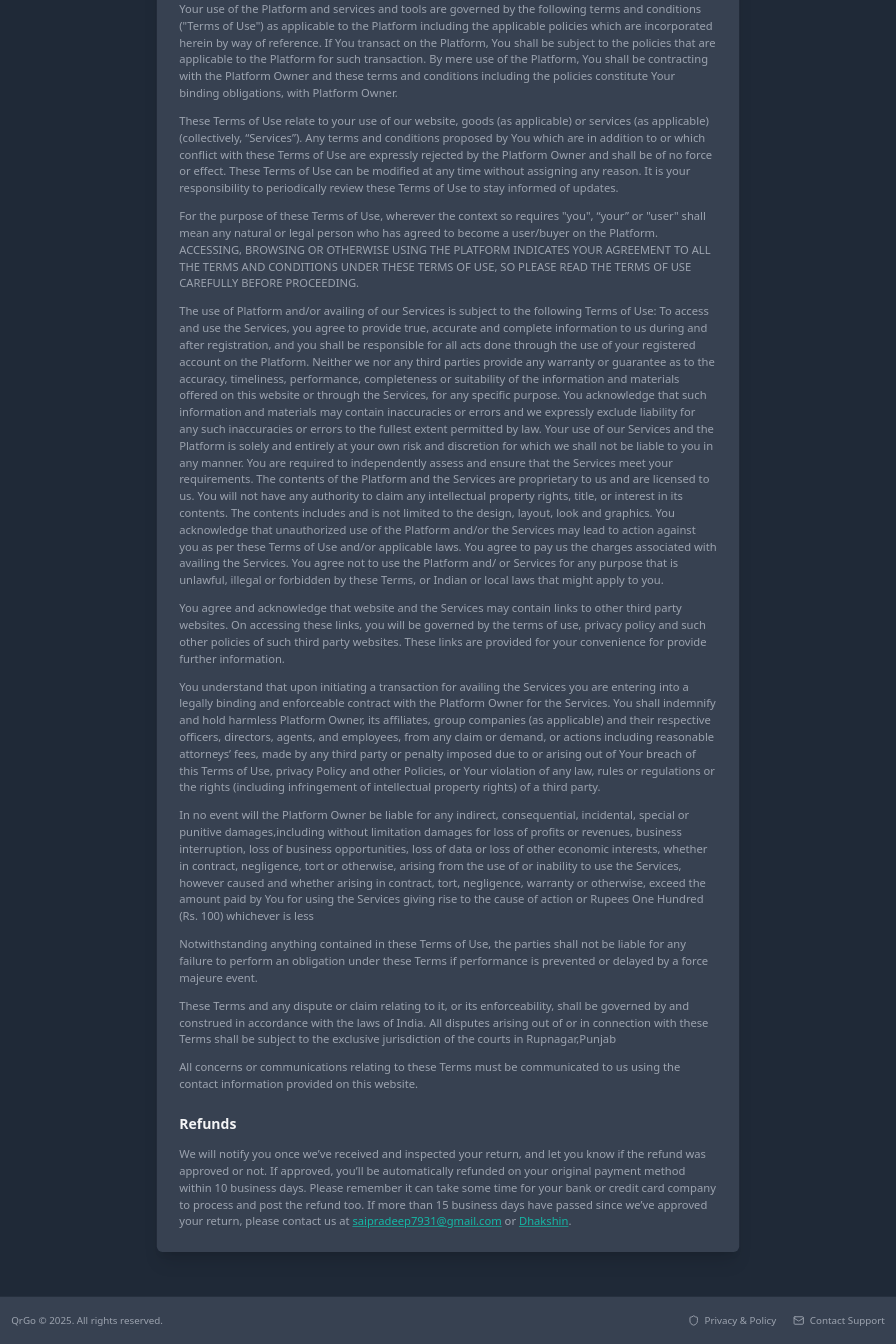
Repository: Dhakshin2007/QrGo
Page: /#/privacy-policy
An editor plug-in stored every save of this project. The page is shown before and after the next save, followed by the edit.
The browser window is 1280 px wide. The pictures show the part of the page from y = 3489 to 5409 px (the page is 5409 px tall), at 70% of full size.
Some web libraries are served in a nearby version. The project was rebuilt for these pictures with package versions that can differ from the ones it lists, and the page was loaded fresh each time. Also part of the build but not shown: vite.config.ts, components/EventCard.tsx, pages/HomePage.tsx, pages/BookingPage.tsx, components/TicketCard.tsx, pages/MyTicketsPage.tsx, services/aiService.ts, pages/AdminPage.tsx.

Above is the page before, as saved 2025-08-10 20:26:48.

### index.html
<!DOCTYPE html>
<html lang="en">
  <head>
    <meta name="description" content="Website Used to Host Events and Book Tickets and Inbuild scanning. If You want to Host an Event, Contact Us." />
<meta name="keywords" content="QrGo , QrGo Startup , Events IIT Ropar,Tickets , District , Paytm , Zomato , Ticket Booking , Event Hosting ,  Telugu Students IIT, IIT Ropar culture, IIT Ropar">
<meta name="author" content="Kotha Dhakshin">
<meta property="og:title" content="QrGo - Event Ticket Hosting Platform" />
<meta property="og:description" content="Official site for QrGo. Events, Bookings, and student details." />
<meta property="og:url" content="https://qrgo-weld.vercel.app/" />
<meta property="og:type" content="website" />
<meta property="og:image" content="#" />

  <meta charset="UTF-8" />
    <link rel="icon" type="image/png" href = "https://i.postimg.cc/qqd3M6cN/Google-AI-Studio-2025-08-09-T14-17-15-618-Z.png" />
    <meta name="viewport" content="width=device-width, initial-scale=1.0" />
    <title>QrGo</title>
    <script src="https://cdn.tailwindcss.com"></script>
    <script>
      tailwind.config = {
        theme: {
          extend: {
            colors: {
              'primary': '#14b8a6', // teal-500
              'primary-focus': '#0d9488', // teal-600
              'background': '#1f2937', // gray-800
              'surface': '#374151', // gray-700
              'on-surface': '#f3f4f6', // gray-200
              'on-surface-secondary': '#9ca3af', // gray-400
              'accent': '#6366f1', // indigo-500
            }
          }
        }
      }
    </script>
    <!-- html5-qrcode library -->
    <script src="https://unpkg.com/html5-qrcode" type="text/javascript"></script>
  <script type="importmap">
{
  "imports": {
    "react-router-dom": "https://esm.sh/react-router-dom@^7.8.0",
    "react-dom/": "https://esm.sh/react-dom@^19.1.1/",
    "react/": "https://esm.sh/react@^19.1.1/",
    "react": "https://esm.sh/react@^19.1.1",
    "lucide-react": "https://esm.sh/lucide-react@^0.539.0",
    "html5-qrcode": "https://esm.sh/html5-qrcode@^2.3.8",
    "qrcode": "https://esm.sh/qrcode@^1.5.4",
    "@supabase/supabase-js": "https://esm.sh/@supabase/supabase-js@2",
    "@google/genai": "https://esm.sh/@google/genai@^1.13.0"
  }
}
</script>
</head>
  <body class="bg-background text-on-surface">
    <div id="root"></div>
    <script type="module" src="/index.tsx"></script>
  </body>
</html>

### pages/PrivacyPolicyPage.tsx


import React from 'react';
import * as ReactRouterDOM from 'react-router-dom';
import { ArrowLeft } from 'lucide-react';

// Reusable component for the branded link to keep the JSX clean.
const QrGoLink = () => (
    <a href="https://qrgo-weld.vercel.app/" target="_blank" rel="noopener noreferrer" className="font-bold text-primary hover:underline">QrGo</a>
);

const PrivacyPolicyPage: React.FC = () => {
  return (
    <div className="max-w-4xl mx-auto animate-fade-in p-4 sm:p-6 lg:p-8">
      <ReactRouterDOM.Link to="/" className="flex items-center gap-2 mb-6 text-primary hover:underline">
          <ArrowLeft size={16} /> Back to Events
       </ReactRouterDOM.Link>
      <div className="bg-surface rounded-lg shadow-xl p-8">
        <h1 className="text-3xl font-bold mb-6 border-b border-background pb-4 text-on-surface">Privacy Policy &amp; Terms</h1>

        <div className="space-y-8 text-on-surface-secondary">

            <section className="space-y-4">
                <h2 className="text-2xl font-bold text-on-surface">Privacy Policy</h2>
                <p>WE DO NOT OFFER ANY CANCELLATION OR REFUND. THIS WEBSITE IS OPERATED BY <b>Dhakshin Kotha & Pathuri Sai Pradeep Chand </b></p>

                <h3 className="text-xl font-semibold text-on-surface">Introduction</h3>
                <p>This Privacy Policy describes how and its affiliates (collectively "<QrGoLink />, we, our, us") collect, use, share, protect or otherwise process your information/ personal data through our website <QrGoLink />(hereinafter referred to as Platform). Please note that you may be able to browse certain sections of the Platform without registering with us.We do not offer any product/service under this Platform outside India and your personal data will primarily be stored and processed in India. By visiting this Platform, providing your information or availing any product/service offered on the Platform, you expressly agree to be bound by the terms and conditions of this Privacy Policy, the Terms of Use and the applicable service/product terms and conditions, and agree to be governed by the laws of India including but not limited to the laws applicable to data protection and privacy. If you do not agree please do not use or access our Platform.</p>

                <h3 className="text-xl font-semibold text-on-surface">Collection</h3>
                <p>We collect your personal data when you use our Platform, services or otherwise interact with us during the course of our relationship.and related information provided from time to time. Some of the information that we may collect includes but is not limited to personal data / information provided to us during sign up/registering or using our Platform such as name, date of birth, address, telephone/mobile number, email IDand/or any such information shared as proof of identity or address. Some of the sensitive personal data may be collected with your consent, such as your bank account or credit or debit card or other payment instrument information or biometric information such as your facial features or physiological information (in order to enable use of certain features when opted for, available on the Platform) etc all of the above being in accordance with applicable law(s) You always have the option to not provide information, by choosing not to use a particular service or feature on the Platform. We may track your behaviour, preferences, and other information that you choose to provide on our Platform. This information is compiled and analysed on an aggregated basis. We will also collect your information related to your transactions on Platform and such third-party business partner platforms. When such a third-party business partner collects your personal data directly from you, you will be governed by their privacy policies. We shall not be responsible for the thirdparty business partner’s privacy practices or the content of their privacy policies, and we request you to read their privacy policies prior to disclosing any information. If you receive an email, a call from a person/association claiming to be seeking any personal data like debit/credit card PIN, net-banking or mobile banking password, we request you to never provide such information. If you have already revealed such information, report it immediately to an appropriate law enforcement agency.</p>

                <h3 className="text-xl font-semibold text-on-surface">Usage</h3>
                <p>We use personal data to provide the services you request. To the extent we use your personal data to market to you, we will provide you the ability to opt-out of such uses. We use your personal data to assist sellers and business partners in handling and fulfilling orders; enhancing customer experience; to resolve disputes; troubleshoot problems; inform you about online and offline offers, products, services, and updates; customise your experience; detect and protect us against error, fraud and other criminal activity; enforce our terms and conditions; conduct marketing research, analysis and surveys; and as otherwise described to you at the time of collection of information. You understand that your access to these products/services may be affected in the event permission is not provided to us.</p>

                <h3 className="text-xl font-semibold text-on-surface">Sharing</h3>
                <p>We may share your personal data internally within our group entities, our other corporate entities, and affiliates to provide you access to the services and products offered by them. These entities and affiliates may market to you as a result of such sharing unless you explicitly opt-out. We may disclose personal data to third parties such as sellers, business partners, third party service providers including logistics partners, prepaid payment instrument issuers, third-party reward programs and other payment opted by you. These disclosure may be required for us to provide you access to our services and products offered to you, to comply with our legal obligations, to enforce our user agreement, to facilitate our marketing and advertising activities, to prevent, detect, mitigate, and investigate fraudulent or illegal activities related to our services. We may disclose personal and sensitive personal data to government agencies or other authorised law enforcement agencies if required to do so by law or in the good faith belief that such disclosure is reasonably necessary to respond to subpoenas, court orders, or other legal process. We may disclose personal data to law enforcement offices, third party rights owners, or others in the good faith belief that such disclosure is reasonably necessary to: enforce our Terms of Use or Privacy Policy; respond to claims that an advertisement, posting or other content violates the rights of a third party; or protect the rights, property or personal safety of our users or the general public.</p>

                <h3 className="text-xl font-semibold text-on-surface">Security Precautions</h3>
                <p>To protect your personal data from unauthorised access or disclosure, loss or misuse we adopt reasonable security practices and procedures. Once your information is in our possession or whenever you access your account information, we adhere to our security guidelines to protect it against unauthorised access and offer the use of a secure server. However, the transmission of information is not completely secure for reasons beyond our control. By using the Platform, the users accept the security implications of data transmission over the internet and the World Wide Web which cannot always be guaranteed as completely secure, and therefore, there would always remain certain inherent risks regarding use of the Platform. Users are responsible for ensuring the protection of login and password records for their account.</p>

                <h3 className="text-xl font-semibold text-on-surface">Data Deletion and Retention</h3>
                <p>You have an option to delete your account by visiting your profile and settings on our Platform , this action would result in you losing all information related to your account. You may also write to us at the contact information provided below to assist you with these requests. We may in event of any pending grievance, claims, pending shipments or any other services we may refuse or delay deletion of the account. Once the account is deleted, you will lose access to the account. We retain your personal data information for a period no longer than is required for the purpose for which it was collected or as required under any applicable law. However, we may retain data related to you if we believe it may be necessary to prevent fraud or future abuse or for other legitimate purposes. We may continue to retain your data in anonymised form for analytical and research purposes.</p>

                <h3 className="text-xl font-semibold text-on-surface">Your Rights</h3>
                <p>You may access, rectify, and update your personal data directly through the functionalities provided on the Platform.</p>

                <h3 className="text-xl font-semibold text-on-surface">Consent</h3>
                <p>By visiting our Platform or by providing your information, you consent to the collection, use, storage, disclosure and otherwise processing of your information on the Platform in accordance with this Privacy Policy. If you disclose to us any personal data relating to other people, you represent that you have the authority to do so and permit us to use the information in accordance with this Privacy Policy. You, while providing your personal data over the Platform or any partner platforms or establishments, consent to us (including our other corporate entities, affiliates, lending partners, technology partners, marketing channels, business partners and other third parties) to contact you through SMS, instant messaging apps, call and/or e-mail for the purposes specified in this Privacy Policy. You have an option to withdraw your consent that you have already provided by writing to the Grievance Officer at the contact information provided below. Please mention “Withdrawal of consent for processing personal data” in your subject line of your communication. We may verify such requests before acting on our request. However, please note that your withdrawal of consent will not be retrospective and will be in accordance with the Terms of Use, this Privacy Policy, and applicable laws. In the event you withdraw consent given to us under this Privacy Policy, we reserve the right to restrict or deny the provision of our services for which we consider such information to be necessary.</p>

                <h3 className="text-xl font-semibold text-on-surface">Changes to this Privacy Policy</h3>
                <p>Please check our Privacy Policy periodically for changes. We may update this Privacy Policy to reflect changes to our information practices. We may alert / notify you about the significant changes to the Privacy Policy, in the manner as may be required under applicable laws.</p>
            </section>

            <section className="space-y-4">
                <h2 className="text-2xl font-bold text-on-surface">Terms &amp; Conditions</h2>
                <p>This document is an electronic record in terms of Information Technology Act, 2000 and rules there under as applicable and the amended provisions pertaining to electronic records in various statutes as amended by the Information Technology Act, 2000. This electronic record is generated by a computer system and does not require any physical or digital signatures. This document is published in accordance with the provisions of Rule 3 (1) of the Information Technology (Intermediaries guidelines) Rules, 2011 that require publishing the rules and regulations, privacy policy and Terms of Use for access or usage of domain name <QrGoLink />, including the related mobile site and mobile application (hereinafter referred to as “Platform”). The Platform is owned by <QrGoLink />, a company incorporated under the Companies Act, 1956 with its registered office at IIT ROPAR (hereinafter referred to as "Platform Owner", “we”, “us”, “our”).</p>
                <p>Your use of the Platform and services and tools are governed by the following terms and conditions ("Terms of Use") as applicable to the Platform including the applicable policies which are incorporated herein by way of reference. If You transact on the Platform, You shall be subject to the policies that are applicable to the Platform for such transaction. By mere use of the Platform, You shall be contracting with the Platform Owner and these terms and conditions including the policies constitute Your binding obligations, with Platform Owner.</p>
                <p>These Terms of Use relate to your use of our website, goods (as applicable) or services (as applicable) (collectively, “Services”). Any terms and conditions proposed by You which are in addition to or which conflict with these Terms of Use are expressly rejected by the Platform Owner and shall be of no force or effect. These Terms of Use can be modified at any time without assigning any reason. It is your responsibility to periodically review these Terms of Use to stay informed of updates.</p>
                <p>For the purpose of these Terms of Use, wherever the context so requires "you", “your” or "user" shall mean any natural or legal person who has agreed to become a user/buyer on the Platform. ACCESSING, BROWSING OR OTHERWISE USING THE PLATFORM INDICATES YOUR AGREEMENT TO ALL THE TERMS AND CONDITIONS UNDER THESE TERMS OF USE, SO PLEASE READ THE TERMS OF USE CAREFULLY BEFORE PROCEEDING.</p>
                <p>The use of Platform and/or availing of our Services is subject to the following Terms of Use: To access and use the Services, you agree to provide true, accurate and complete information to us during and after registration, and you shall be responsible for all acts done through the use of your registered account on the Platform. Neither we nor any third parties provide any warranty or guarantee as to the accuracy, timeliness, performance, completeness or suitability of the information and materials offered on this website or through the Services, for any specific purpose. You acknowledge that such information and materials may contain inaccuracies or errors and we expressly exclude liability for any such inaccuracies or errors to the fullest extent permitted by law. Your use of our Services and the Platform is solely and entirely at your own risk and discretion for which we shall not be liable to you in any manner. You are required to independently assess and ensure that the Services meet your requirements. The contents of the Platform and the Services are proprietary to us and are licensed to us. You will not have any authority to claim any intellectual property rights, title, or interest in its contents. The contents includes and is not limited to the design, layout, look and graphics. You acknowledge that unauthorized use of the Platform and/or the Services may lead to action against you as per these Terms of Use and/or applicable laws. You agree to pay us the charges associated with availing the Services. You agree not to use the Platform and/ or Services for any purpose that is unlawful, illegal or forbidden by these Terms, or Indian or local laws that might apply to you.</p>
                <p>You agree and acknowledge that website and the Services may contain links to other third party websites. On accessing these links, you will be governed by the terms of use, privacy policy and such other policies of such third party websites. These links are provided for your convenience for provide further information.</p>
                <p>You understand that upon initiating a transaction for availing the Services you are entering into a legally binding and enforceable contract with the Platform Owner for the Services. You shall indemnify and hold harmless Platform Owner, its affiliates, group companies (as applicable) and their respective officers, directors, agents, and employees, from any claim or demand, or actions including reasonable attorneys’ fees, made by any third party or penalty imposed due to or arising out of Your breach of this Terms of Use, privacy Policy and other Policies, or Your violation of any law, rules or regulations or the rights (including infringement of intellectual property rights) of a third party.</p>
                <p>In no event will the Platform Owner be liable for any indirect, consequential, incidental, special or punitive damages,including without limitation damages for loss of profits or revenues, business interruption, loss of business opportunities, loss of data or loss of other economic interests, whether in contract, negligence, tort or otherwise, arising from the use of or inability to use the Services, however caused and whether arising in contract, tort, negligence, warranty or otherwise, exceed the amount paid by You for using the Services giving rise to the cause of action or Rupees One Hundred (Rs. 100) whichever is less</p>
                <p>Notwithstanding anything contained in these Terms of Use, the parties shall not be liable for any failure to perform an obligation under these Terms if performance is prevented or delayed by a force majeure event.</p>
                <p>These Terms and any dispute or claim relating to it, or its enforceability, shall be governed by and construed in accordance with the laws of India. All disputes arising out of or in connection with these Terms shall be subject to the exclusive jurisdiction of the courts in Rupnagar,Punjab</p>
                <p>All concerns or communications relating to these Terms must be communicated to us using the contact information provided on this website.</p>
            </section>

            {/* <section className="space-y-4">
                <h2 className="text-2xl font-bold text-on-surface">Shipping Policy</h2>

                <h3 className="text-xl font-semibold text-on-surface">Processing Time</h3>
                <p>All orders are delivered within 2-3 business days. Orders are not shipped or delivered on weekends or holidays. If we are experiencing a high volume of orders, shipments may be delayed by a few days. Please allow additional days in transit for delivery. If there will be a significant delay in the shipment of your order, we will contact you via email or phone.</p>

                <h3 className="text-xl font-semibold text-on-surface">Shipping Time</h3>
                <p>Domestic Shipping: Orders will be delivered within 3 to 4 weeks from the date of order confirmation. Please note that delivery times may be affected by factors beyond our control, such as weather conditions, customs delays, and other unforeseen circumstances.</p>
            </section>

            <section className="space-y-4">
                <h2 className="text-2xl font-bold text-on-surface">Return and Refund policy</h2>

                <h3 className="text-xl font-semibold text-on-surface">Return</h3>
                <p>We have a 5-day return policy, which means you have 5 days after receiving your item to request a return. Once the return product is received it will be inspected and the return will be approved within 2 days</p>

                 */}
            <section className="space-y-4">
  <h3 className="text-xl font-semibold text-on-surface">Refunds</h3>
  <p>
    We will notify you once we’ve received and inspected your return, and let you know if the refund was approved or not.
    If approved, you’ll be automatically refunded on your original payment method within 10 business days.
    Please remember it can take some time for your bank or credit card company to process and post the refund too.
    If more than 15 business days have passed since we’ve approved your return, please contact us at{" "}
    <a
      href="mailto:saipradeep7931@gmail.com"
      className="text-primary underline hover:text-primary-dark"
    >
      saipradeep7931@gmail.com
    </a>{" "}
    or{" "}
    <a
      href="mailto:kothadhakshin123@gmail.com"
      className="text-primary underline hover:text-primary-dark"
    >
      Dhakshin
    </a>.
  </p>
</section>

        </div>
      </div>
    </div>
  );
};

export default PrivacyPolicyPage;

Loaded but not shown: services/db.ts (374 lines, source omitted); constants.ts (95 lines, source omitted); services/supabaseClient.ts (141 lines, source omitted); App.tsx (111 lines, source omitted); contexts/AuthContext.tsx (76 lines, source omitted); components/Header.tsx (53 lines, source omitted); contexts/ToastContext.tsx (48 lines, source omitted); components/Toast.tsx (39 lines, source omitted); types.ts (49 lines, source omitted); index.tsx (18 lines, source omitted)

After the next save:
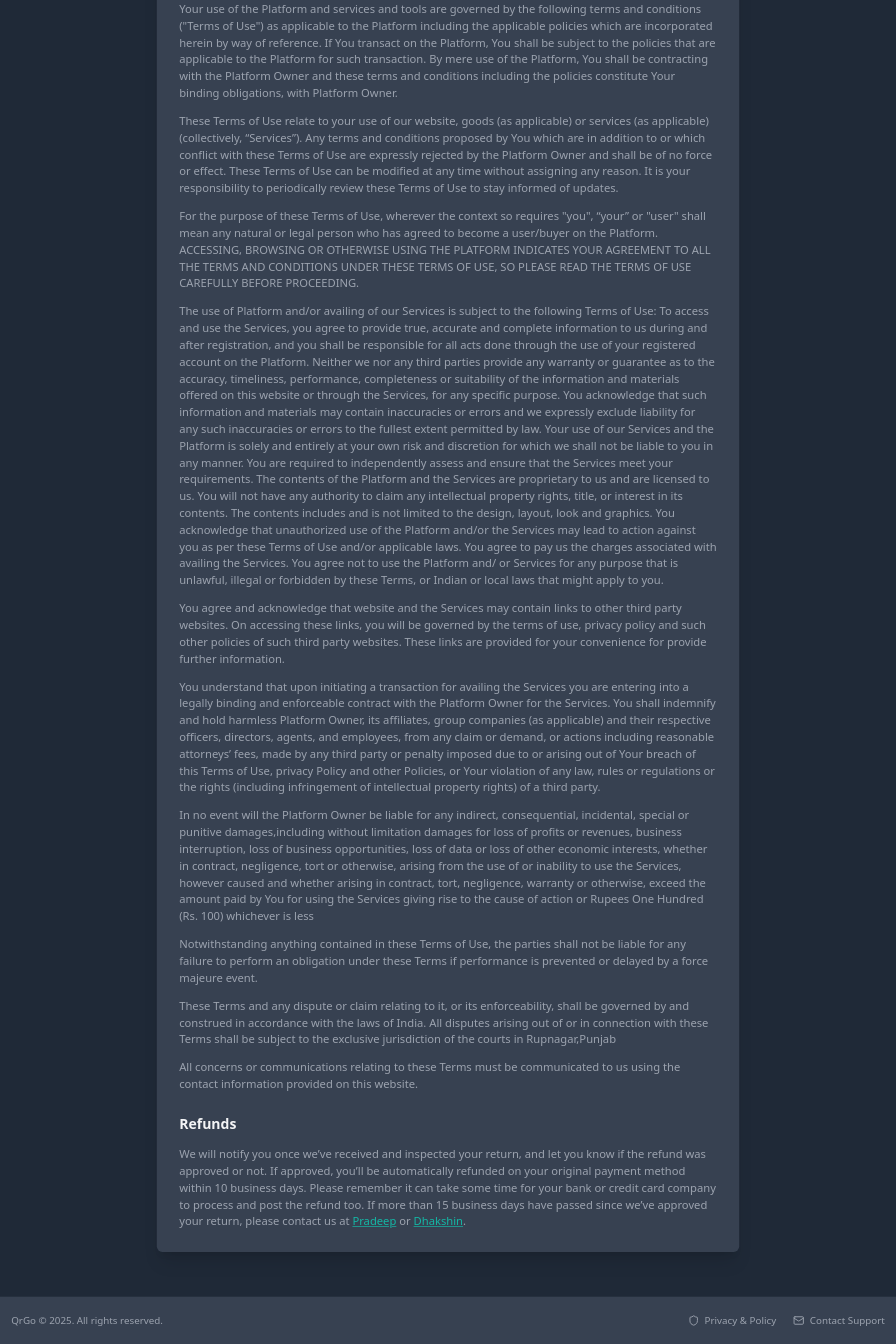
Saved 5 s later.
--- a/pages/PrivacyPolicyPage.tsx
+++ b/pages/PrivacyPolicyPage.tsx
@@ -95,7 +95,7 @@
       href="mailto:saipradeep7931@gmail.com"
       className="text-primary underline hover:text-primary-dark"
     >
-      saipradeep7931@gmail.com
+      Pradeep
     </a>{" "}
     or{" "}
     <a
